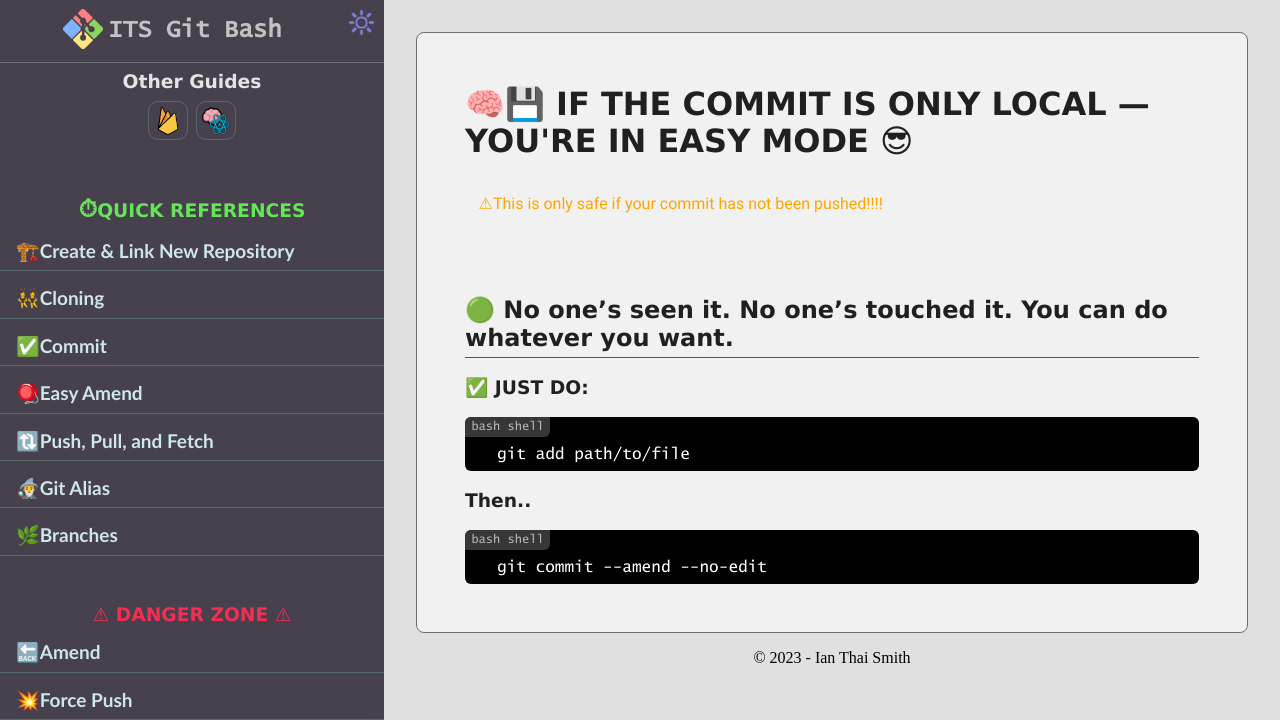
Repository: whyDoILoveThis/project__ITS_Git_Bash
Page: html/easy-amend.html
These files come from the project's save history. The page is drawn as it stood at one moment and after the next save; the edit follows.
The browser window is 1280 px wide. The pictures show the whole page.

Above is the page before, as saved 2025-07-06 06:24:28.

### html/easy-amend.html
<!DOCTYPE html>
<html lang="en">
  <head>
    <meta charset="UTF-8" />
    <meta name="viewport" content="width=device-width, initial-scale=1.0" />
    <link rel="stylesheet" href="/css/normalize.css" />
    <link rel="stylesheet" href="/css/style.css" />
    <title>new-page</title>
  </head>
  <body>
    <!--!!!!!-->
    <!--! MAIN-WRAP -->
    <div class="main-wrap">
      <section class="article-wrap">
        <article class="article">
          <h1>🧠💾 IF THE COMMIT IS ONLY LOCAL — YOU'RE IN EASY MODE 😎</h1>
          <p class="orng">
            ⚠This is only safe if your commit has not been pushed!!!!
          </p>
          <h2>
            🟢 No one’s seen it. No one’s touched it. You can do whatever you
            want.
          </h2>
          <h3>✅ JUST DO:</h3>
          <div class="code">
            <p>git add path/to/file<br /></p>
          </div>
          <h3>Then..</h3>
          <div class="code">
            <p>git commit --amend --no-edit</p>
          </div>
        </article>
      </section>
    </div>
    <!--! MAIN-WRAP -->
    <!--! !!!!!!! -->
    <script src="/JS/dynamic-nav.js"></script>
  </body>
</html>

### css/style.css


/*TODO: REFACTOR FOR BETTER ORGANIZATION
        AND REMOVING REDUNDANCIES*/

        :root {
            --size--brightness-toggler: 50px;
        }


.gradient {
    width: 100vw;
    height: 100vh;
    background: rgb(52,30,84);
background: linear-gradient(360deg, rgba(52,30,84,1) 0%, rgba(67,41,166,1) 100%);
}

@font-face {
    font-family: LucidaConsole;
    src: url(/fonts/lucon.ttf);

}

@font-face {
    font-family: Roboto;
    src: url(/fonts/Roboto-Regular.ttf);
}

body {
    font-family: 'Lucida Sans', 'Lucida Sans Regular', 'Lucida Grande', 'Lucida Sans Unicode', Geneva, Verdana, sans-serif;
    transition: background-color 0.3s ease-in;
    background-color: rgb(36, 31, 35);

}

body::-webkit-scrollbar-track
{
	-webkit-box-shadow: inset 0 0 6px rgba(0,0,0,0.3);
	border-radius: 10px;
	background-color: rgb(52, 29, 69);
}

body::-webkit-scrollbar
{
    border-radius: 10px;

	width: 5px;
	background-color: rgb(50, 41, 56);
}

body::-webkit-scrollbar-thumb
{
	border-radius: 10px;
	-webkit-box-shadow: inset 0 0 6px rgba(0,0,0,.3);
	background-color: #8181DB;
}



ul {
    list-style-type: none;
    padding: 0;
    padding-bottom: 4rem;
    margin: 0;
}

ul li {
    padding: 1rem 0 0.5rem 1rem;
    border-bottom: 0.5px solid rgb(90, 105, 110);
}

li a {
    text-decoration: none;
    color: rgb(206, 231, 231);
    font-family: 'Trebuchet MS', 'Lucida Sans Unicode', 'Lucida Grande', 'Lucida Sans', Arial, sans-serif;
    font-weight: 600;
    text-decoration-thickness: 0px;
    font-size: 19px;
}

a {
    color: rgb(45, 143, 248);
    text-decoration: none;
}

a:hover {
    font-weight: 600;
    text-decoration: underline;
}

li a:hover {
    text-decoration: underline;
    text-decoration-thickness: 2px;
    text-decoration-color: rgb(110, 203, 103);
}

em {
    font-style: normal;
}

.main-wrap {
    display: flex;
    height: 100%;
    width: 100%;
}

/** NAV */

.nav {
    z-index: 100;
    background: rgba(50, 41, 56, 0.877);
    backdrop-filter: blur(8px);
    -webkit-backdrop-filter: blur(8px);
    display: flex;
    flex-direction: column;
    width: 30%;
    height: 100%;
    position: fixed;
    overflow: auto;
    transition: all 0.37s ease-out;
}

.nav::-webkit-scrollbar-track
{
	-webkit-box-shadow: inset 0 0 6px rgba(0,0,0,0.3);
	border-radius: 10px;
	background-color: rgb(50, 41, 56);
}

.nav::-webkit-scrollbar
{
    border-radius: 10px;

	width: 3px;
	background-color: rgb(50, 41, 56);
}

.nav::-webkit-scrollbar-thumb
{
	border-radius: 10px;
	-webkit-box-shadow: inset 0 0 6px rgba(0,0,0,.3);
	background-color: #8181DB;
}


.logo-wrap {
    height: auto;
    max-height: 40px;
    display: flex;
    align-items: center;
    justify-content: center;
    gap: 0.3rem;
    padding: 0.7rem;
    border-bottom: 1px solid rgb(115, 115, 115);
    padding-right: var(--size--brightness-toggler);

}

.logo__icon {
    width: 8vw;
    max-width: 40px;
    height: 8vw;
    max-height: 40px;
    display: inline;
}

.logo__tag {
    color: rgb(195, 195, 195);
    font-family:  LucidaConsole, Arial, Helvetica, sans-serif;
    white-space: 1px;
    font-size: 24px;
    font-weight: 600;
    margin: 0;
}

.dark-mode-toggler-wrap {
    position: absolute;
    top: 10px;
    right: 10px;

}

.other-guides-wrap {
    margin: 0.5rem;
    display: flex;
    justify-content: center;
    align-self: center;
    gap: 0.5rem;
}

.other-guides-wrap > a > img {
    width: 28px;
}

.other-guides-heading {
    color: rgb(228, 228, 228);
    margin-top: 0;
}

.guide-link {
    border: 1px solid rgb(90, 105, 110);
    border-radius: 10px;
    display: flex;
    justify-content: center;
    padding: 0.3rem;
    transition: background-color 0.4s;
}

.guide-link:hover {
    background-color: rgba(255, 255, 255, 0.117);
}

.quick-ref-heading {
    color: rgb(101, 230, 87);
    text-transform: uppercase;
}

.quick-ref-heading::before {
    content: '⏱';
    font-size: 24px;
}

.article-wrap {
    margin-left: 30%;
    width: calc(70% - 2rem * 2);
    padding: 2rem;
}

.article {
    border: 1px solid rgb(109, 109, 109);
    border-radius:8px;
    display: flex;
    flex-direction: column;
    padding: 3rem;
    padding-top: 2rem;

    background-color: rgb(49, 49, 49);
    color: rgba(255, 255, 255, 0.90);
    transition: background-color 0.4s ease-in, color 0.5s ease-in;

}

.article__heading,
.article h2.h2--large {
    text-align: center;
    font-size: 32px;
    margin: 0.8rem;
    border: 0;
}

.article h2 {
    margin: 4.4rem 0 0rem 0;
    border-bottom: 1px solid #555;
    padding-bottom: 0.3rem;
}


.article > p {
    font-family: Roboto, Arial, Helvetica, sans-serif;
    margin: 0.85rem;
}

.emoji {
    display: inline;
    width: 20px;
}

.emoji--rocket {
    content: url(/img/emoji-rocket.PNG);
}

.code {
    font-family: LucidaConsole, Arial, Helvetica, sans-serif;
    white-space: nowrap;
    background-color: black;
    color: white;
    font-style: normal;
    width: 100%;
    display: flex;
    flex-direction: column;
    border-radius: 6px;
    overflow: auto;
}

.code p::selection,
.code em::selection {
    background: rgba(214, 172, 238, 0.273);
    color: inherit;
}

.code::-webkit-scrollbar {
    width: 12px;
    background-color: #F5F5F5;
    height: 7px;
}
.code::-webkit-scrollbar-thumb {
    border-radius: 1px;
    -webkit-box-shadow: inset 0 0 6px rgba(0,0,0,.3);
    background-color: #555;
}
.code::-webkit-scrollbar-track {
    -webkit-box-shadow: inset 0 0 6px rgba(0,0,0,0.3);
    border-radius: 1px;
    background-color: #F5F5F5;
}


.code::before {
    content: 'bash shell';
    background-color: rgb(55, 55, 55);


    align-self: flex-start;

    color: rgb(184, 184, 184);
    padding: 0.25rem 0.4rem 0.1rem 0.4rem;
    border-radius: 6px 0px 6px 0;
    font-size: 12px;
}

.code--html::before {
    content: 'HTML';
    color: rgb(255, 72, 0);
    letter-spacing: 1px;
}

.code--js::before {
   content: 'javascript';
   color: yellow;
}

.code--json::before {
    content: 'json';
    color: rgb(93, 184, 93);
}

.code--file-struct::before {
    content: '📁';
    font-size: 20px;
}

.code p {
    margin: 0.5rem 0 0.5rem 2rem;
    display: inline-block;
    flex: 0 0 100%;
}

.comnt {
    color: rgb(123, 123, 123);
}

.orng {
    color: orange;
}

.grn {
    color: rgb(60, 162, 60);
}

.blu {
    color: rgb(74, 189, 255);
}

.red {
    color: rgb(246, 46, 83);
}

/** BUTTONS */

.btn-group {
    display: flex;
    gap: 0.5rem;
}

.btn {
    position: relative;
    z-index: 99;
    width: 100%;
    font-family: Roboto, Arial, Helvetica, sans-serif;
    font-size: 24px;
    text-shadow: 0 0 2px rgba(0, 0, 0, 0.577);
    padding: 10px 20px;
    background-color: #27396a;

    color: #6cbbfb;
    cursor: pointer;
    border-radius: 10px;
    border: 1.5px solid rgb(0, 0, 0);
    margin-top: 1rem;
}

.btn--important {
    color: rgb(252, 107, 107);
    background-color: rgb(83, 32, 32);
}

.btn--more-info-box {

    font-family: Roboto, Arial, Helvetica, sans-serif;
    background-color: #eeeeee;
    background-color: #363232;

    color: #202020;
    color: rgba(255, 255, 255, 0.90);
    position: relative;
    top: -1rem;
    padding: 1rem;
    border-radius: 8px;
    text-align: center;
    border: 1.5px solid rgb(0, 115, 225);
    animation: 0.5s ease-in-out;
    transform-origin: top center;
    transition: background-color 0.4s ease-in, color 0.5s ease-in;
}

.btn--more-info-box.hidden {
    display: none;

}

@keyframes bounceDown {
    0% {
        transform: scaleY(0);
        opacity: 0;
    }
    70% {
        transform: scaleY(1.04);
        opacity: 1;
    }
    100% {
        transform: scaleY(1);
        opacity: 1;
    }
}

@keyframes bounceUp {
    0% {
        transform: scaleY(1);
        opacity: 1;
    }

    20% {
        transform: scaleY(1.04);
        opacity: 0.8;
    }

    100% {
        transform: scaleY(0);
        opacity: 0.2;
    }
}

.btn--more-info-box p {
    text-align: left;
}

.btn--more-info-box h2 {
    margin-top: 2.5rem;
}

.btn--more-info-box h3 {
    margin-top: 1.5rem;
    margin-bottom: 0;
}

@media screen and (min-width: 768px) {
    .nav-toggler {
        position: fixed;
        display: none;
        visibility: hidden;
    }
}

@media screen and (max-width: 778px) {
    ul li {
        padding: 0.8rem 0.3rem 0.5rem 0.8rem;
    }

    li a {
        font-size: 17px;
    }

    .nav {
        margin: 0;
        width: 100%;
        height: 60px;
        overflow: hidden;
        border-top-right-radius: 0;
        border-bottom-left-radius: 10px;
        border-bottom-right-radius: 10px;
        box-shadow: 1px 1px 1px 3px rgba(0, 0, 0, 0.179);
    }

    .nav-expanded {
        width: 85%;
        height: 100%;
        overflow-y: auto;
        box-shadow: 1px 1px 0px 700px rgba(0, 0, 0, 0.5);
        border-bottom-left-radius: 0;
    }

    .nav-expanded .nav-toggler {
        position: absolute;
        transform: translateY(60px);
    }

    .logo-wrap {
        place-self: center;
        padding-right: var(--size--brightness-toggler);
        padding-left: var(--size--brightness-toggler);
    }
    .logo__icon {
        height: 40px;
        width: 40px;
    }
    .dark-mode-toggler-wrap {
        position: absolute;
        top: 15px;
        right: 10px;

    }
    .nav-toggler {
       width: 40px;
       position: absolute;
       left: 10px;

       transition: all 0.2s;
    }

    .logo__tag {
        font-size: 22px;
        white-space: nowrap;
    }

    .article-wrap {
        margin: 0;
        width: calc(100% - 0.5rem * 2);
         padding: 0.5rem;
         margin-top: 70px;
     }
     .article {
        padding: 0.5rem;
    }
}

.copyright::before {
    content: '© 2023 - Ian Thai Smith ';
    font-family: 'Times New Roman', Times, serif ;
    display: flex;
    justify-content: center;

}

### JS/dynamic-nav.js
const head = document.getElementsByTagName('head')[0];
const tabIcon = document.createElement("link");
tabIcon.href = "/img/git-bash-icon.png";
tabIcon.rel = "icon";
head.appendChild(tabIcon);

const articleWrap = document.querySelector(".article-wrap");

const copyright = document.createElement("p");
copyright.classList.add("copyright");

articleWrap.appendChild(copyright);

// Select the target element
const container = document.querySelector(".main-wrap");

// Create the main navigation element
const navigation = document.createElement("nav");
navigation.classList.add("nav");

function expandNav(){
    navigation.classList.toggle("nav-expanded")
}

const navToggler = document.createElement("img");
navToggler.src = "/img/icon-nav-toggler.png";
navToggler.classList.add("nav-toggler");
navToggler.addEventListener("click", expandNav);



// Create the logo-wrap div
const logoWrap = document.createElement("div");
logoWrap.classList.add("logo-wrap");

// Create the logo icon
const logoIcon = document.createElement("img");
const homeLink = document.createElement("a");
homeLink.href = "/index.html";
logoIcon.src = "/img/git-bash-icon.png";
logoIcon.alt = "";
logoIcon.classList.add("logo__icon");
homeLink.appendChild(logoIcon);


// Create the logo tag
const logoTag = document.createElement("p");
logoTag.classList.add("logo__tag");
logoTag.innerText = "ITS Git Bash";


const darkModeTogglerWrap = document.createElement("div");
darkModeTogglerWrap.classList.add("dark-mode-toggler-wrap");
const darkModeToggler = document.createElement("img");
darkModeTogglerWrap.appendChild(darkModeToggler);
darkModeToggler.src = "/img/icon-brightness-dim.png";
darkModeToggler.style.width = "25px";
darkModeToggler.classList.add(".dark-mode-toggler");

const article = document.querySelector('.article')


darkModeToggler.addEventListener("click", toggleBrightness);

const otherGuidesWrap = document.createElement("div");
otherGuidesWrap.classList.add("other-guides-wrap");

const otherGuides = document.createElement("h3");
otherGuides.innerText = "Other Guides";
otherGuides.classList.add('other-guides-heading');
otherGuides.style.textAlign = "center";
otherGuides.style.marginBottom = "0";
otherGuides.style.marginTop = "0.5rem";

const linkBash = document.createElement('a');
const imgBash = document.createElement("img");
linkBash.classList.add('guide-link');
imgBash.src = "/img/firebase-icon.png";
linkBash.href = "https://its-firebase.vercel.app";
linkBash.appendChild(imgBash);
otherGuidesWrap.appendChild(linkBash);
// another
const linkReact18 = document.createElement('a');
const imgReact18 = document.createElement("img");
linkReact18.classList.add('guide-link');
imgReact18.src = "/img/learn-react18-icon.png";
linkReact18.href = "https://learn-react18.vercel.app";
linkReact18.appendChild(imgReact18);
otherGuidesWrap.appendChild(linkReact18);




const infoBoxes = document.querySelectorAll('.btn--more-info-box');


// Check if 'bright' is stored in localStorage
const storedBright = localStorage.getItem('bright');

// Initialize 'bright' with the stored value (or default to false if not found)
let bright = storedBright === 'false';


function toggleBrightness() {
    bright = !bright;

    // Store the updated 'bright' value in localStorage
    localStorage.setItem('bright', bright);

 // Update UI and apply styles based on 'bright' state

    if(bright){
    fadeOutAndChange(darkModeToggler, "/img/icon-brightness-bright.png");
    document.body.style.backgroundColor = 'rgb(224, 224, 224)';
    article.style.backgroundColor = 'rgb(241, 241, 241)';
    article.style.color = '#202020';
    copyright.style.color = 'black';
    infoBoxes.forEach(infoBox => {
        infoBox.style.backgroundColor = '#eeeeee';
        infoBox.style.color = '#202020';
    });
    } else {
        fadeOutAndChange(darkModeToggler, "/img/icon-brightness-dim.png");
        document.body.style.backgroundColor = 'rgb(36, 31, 35)';
        article.style.backgroundColor = 'rgb(49, 49, 49)';
        article.style.color = 'rgba(255, 255, 255, 0.90)';
        copyright.style.color = 'white';
        infoBoxes.forEach(infoBox => {
            infoBox.style.backgroundColor = '#363232';
            infoBox.style.color = 'rgba(255, 255, 255, 0.90)';
        });
    }
}

function fadeOutAndChange(element, newImageSrc) {
    element.style.opacity = 0;
    setTimeout(() => {

        element.src = newImageSrc;
        element.style.opacity = 1;
    }, 200); // Adjust the time to match your CSS transition duration
}

// Call toggleBrightness to initialize UI based on stored value
toggleBrightness();


// Append the logo icon and tag to the logo-wrap div
logoWrap.appendChild(navToggler);
logoWrap.appendChild(homeLink);
logoWrap.appendChild(logoTag);



// Create the links list
const linkList = document.createElement("ul");
linkList.classList.add("link__list");


const quickRefs = document.createElement("h3");
quickRefs.innerText = "Quick References";
quickRefs.classList.add('quick-ref-heading');
quickRefs.style.textAlign = "center";
quickRefs.style.marginBottom = "0";
quickRefs.style.marginTop = "3rem";
linkList.appendChild(quickRefs);
/****************LINKS****************** */
/****************LINKS****************** */
// Create a list item for the link
const linkItem1 = document.createElement("li");
linkItem1.classList.add("link");
// Create the link itself
const linkCreateNewRepo = document.createElement("a");
linkCreateNewRepo.href = "/html/create-and-link-new-repo.html";
linkCreateNewRepo.innerText = "🏗️Create & Link New Repository";
// Append the link to the list item
linkItem1.appendChild(linkCreateNewRepo);
// Append the list item to the links list
linkList.appendChild(linkItem1);

// Create a list item for the link
const linkItem2 = document.createElement("li");
linkItem2.classList.add("link");
const linkCloning = document.createElement("a");
linkCloning.href = "/html/cloning.html";
linkCloning.innerText = "👯‍♀️Cloning";
// Append the link to the list item
linkItem2.appendChild(linkCloning);
// Append the list item to the links list
linkList.appendChild(linkItem2);

const linkItem3 = document.createElement("li");
linkItem3.classList.add("link");
const linkCommit = document.createElement("a");
linkCommit.href = "/html/commit.html";
linkCommit.innerText = "✅Commit";
linkItem3.appendChild(linkCommit);
linkList.appendChild(linkItem3);

const linkItem3v1 = document.createElement("li");
linkItem3v1.classList.add("link");
const linkEasyAmend = document.createElement("a");
linkEasyAmend.href = "/html/easy-amend.html";
linkEasyAmend.innerText = "🪀Easy Amend";
linkItem3v1.appendChild(linkEasyAmend);
linkList.appendChild(linkItem3v1);

const linkItem4 = document.createElement("li");
linkItem4.classList.add("link");
const linkPushPullAndFetch = document.createElement("a");
linkPushPullAndFetch.href = "/html/push-pull-and-fetch.html";
linkPushPullAndFetch.innerText = "🔃Push, Pull, and Fetch";
linkItem4.appendChild(linkPushPullAndFetch);
linkList.appendChild(linkItem4);

const linkItem7 = document.createElement("li");
linkItem7.classList.add("link");
const linkGitAlias = document.createElement("a");
linkGitAlias.href = "/html/git-alias.html";
linkGitAlias.innerText = "🧙‍♂️Git Alias";
linkItem7.appendChild(linkGitAlias);
linkList.appendChild(linkItem7);

const linkItem8 = document.createElement("li");
linkItem8.classList.add("link");
const linkBranches = document.createElement("a");
linkBranches.href = "/html/branches.html";
linkBranches.innerText = "🌿Branches";
linkItem8.appendChild(linkBranches);
linkList.appendChild(linkItem8);

const dangerZone = document.createElement("h3");
dangerZone.innerText = "⚠ DANGER ZONE ⚠";
dangerZone.style.textAlign = "center";
dangerZone.classList.add("red");
dangerZone.style.marginBottom = "0";
dangerZone.style.marginTop = "3rem";
linkList.appendChild(dangerZone);

const linkItem5 = document.createElement("li");
linkItem5.classList.add("link");
const linkAmend = document.createElement("a");
linkAmend.href = "/html/amend.html";
linkAmend.innerText = "🔙Amend";
linkItem5.appendChild(linkAmend);
linkList.appendChild(linkItem5);

const linkItem6 = document.createElement("li");
linkItem6.classList.add("link");
const linkForcePush = document.createElement("a");
linkForcePush.href = "/html/💥force-push.html";
linkForcePush.innerText = "💥Force Push";
linkItem6.appendChild(linkForcePush);
linkList.appendChild(linkItem6);





/****************LINKS****************** */
/****************LINKS****************** */


// Append the logo-wrap div and links list to the navigation
navigation.appendChild(logoWrap);
navigation.appendChild(darkModeTogglerWrap);
navigation.appendChild(otherGuides);
navigation.appendChild(otherGuidesWrap);
navigation.appendChild(linkList);

// Append the navigation to the container
container.appendChild(navigation);

Loaded but not shown: css/normalize.css (library)

After the next save:
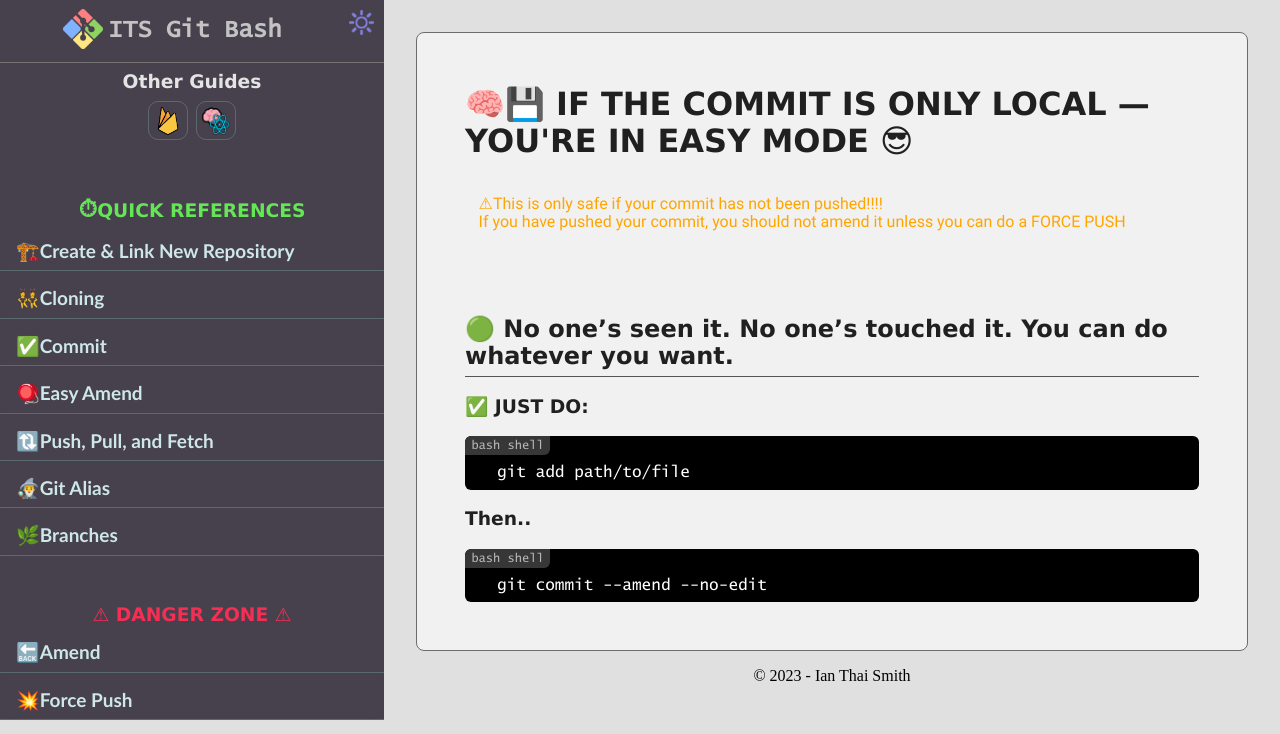
Saved 58 s later.
--- a/html/easy-amend.html
+++ b/html/easy-amend.html
@@ -16,6 +16,9 @@
           <h1>🧠💾 IF THE COMMIT IS ONLY LOCAL — YOU'RE IN EASY MODE 😎</h1>
           <p class="orng">
             ⚠This is only safe if your commit has not been pushed!!!!
+            <br />
+            If you have pushed your commit, you should not amend it unless you
+            can do a FORCE PUSH
           </p>
           <h2>
             🟢 No one’s seen it. No one’s touched it. You can do whatever you
